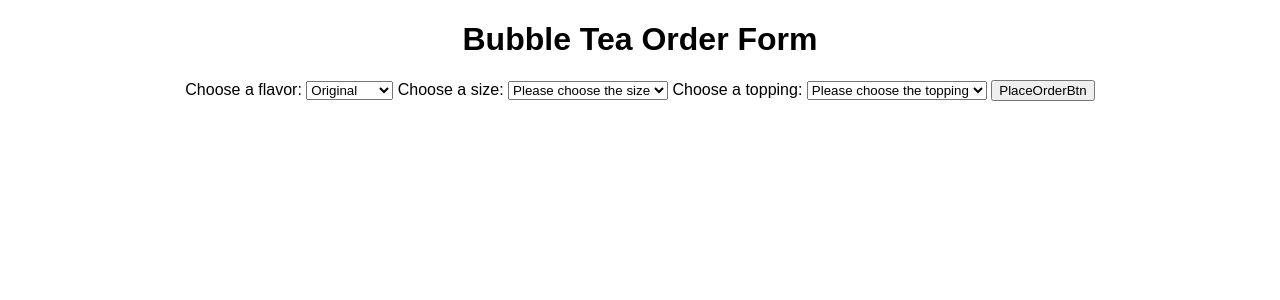
Repository: liulian26/CS5610
Page: lab3/index.html
The author's editor kept a copy of each file at every save. The page is drawn from the files as they stood at one save, then again after the next save.
The browser window is 1280 px wide. The pictures show the whole page.

Above is the page before, as saved 2025-01-30 19:55:03.

### lab3/index.html
<!DOCTYPE html>
<html lang="en">
  <head>
    <meta charset="utf-8" />
    <title>Bubble Tea ordering system</title>
    <link rel="stylesheet" href="css/styles.css" />
    <script defer src="js/script.js"></script>
  </head>

  <body>
    <main>
      <form id="bubbleTeaForm">
        <h1>Bubble Tea Order Form</h1>

        <!--- choose a flavor -->
        <label for="flavor">Choose a flavor:</label>
        <select id="flavor">
          <option value="original">Original</option>
          <option value="mango">Mango</option>
          <option value="strawberry">Strawberry</option>
        </select>

        <!--- choose a size -->
        <label for="size">Choose a size:</label>
        <select id = "size">
        <option value="" disabled selected>Please choose the size</option>
          <option value="small">Small</option>
          <option value="medium">Medium</option>
          <option value="large">Large</option>
        </select>

        <!--- choose a topping -->
        <label for="topping">Choose a topping:</label>
        <select id="topping" mutiple>
            <option value="" disabled selected>Please choose the topping</option>
            <option value="boba">Boba</option>
            <option value="jelly">Jelly</option>
            <option value="pudding">Pudding</option>
        </select>

        <!-- submit the order-->
        <button type="Place Order">PlaceOrderBtn</button>

      </form>
    </main>
  </body>
</html>

### lab3/css/styles.css
body{
    background-color: white;
    font-family: Arial, sans-serif;
    text-align: center;
    border-radius: 10px;
}

### week4/js/script.js
// let user;
// do{let user = prompt("What is your name?");
// } while (isNaN(user) === false || user.length === 1);

// console.log(typeof user);

let students = [
    {
        name: "Cristian",
        age: 30,
        location: "Vancouver"
     },
     {
        name: "James",
        age: 40,
        location: "Toronto"
     },
     {
        name: "Garry",
        age: 20,
        location: "Vancouver"
     },
];

// function that student is in Vancouver
function findstudentinvancouver() {
    let vancouverStudents = [];
    for(let i = 0; i < students.length; i++){
        if(students[i].location === "Vancouver"){
            // console.log student name lives in Vancouver
            console.log('${student[i].name} lives in  ${student[i].location}');
            vancouverStudents.push(students[i]);
            }
        }
        return vancouverStudents;
}

const returnedArray = findstudentinvancouver();
console.log(returnedArray);

After the next save:
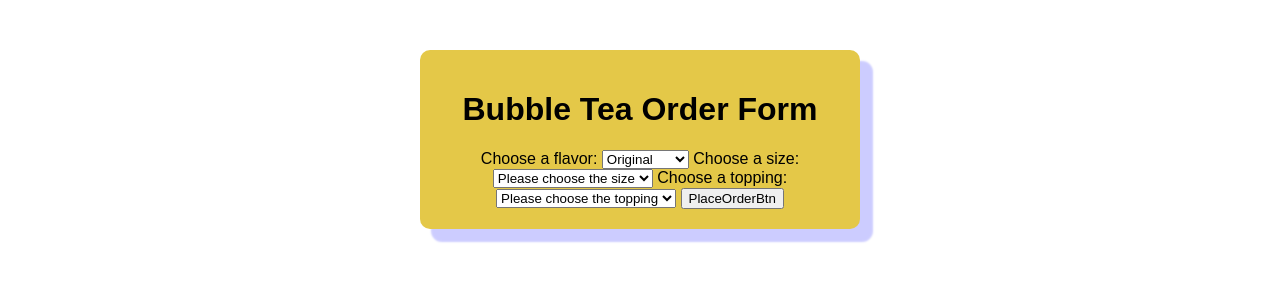
Saved 29 min 34 s later.
--- a/lab3/css/styles.css
+++ b/lab3/css/styles.css
@@ -2,5 +2,14 @@ body{
     background-color: white;
     font-family: Arial, sans-serif;
     text-align: center;
+}
+
+form{
+    background-color: #e4c848;
+    max-width: 400px;
     border-radius: 10px;
+    box-shadow: 12px 12px 2px 1px rgba(0, 0, 255, .2);
+    padding: 20px;
+    margin: 50px auto;
+
 }
